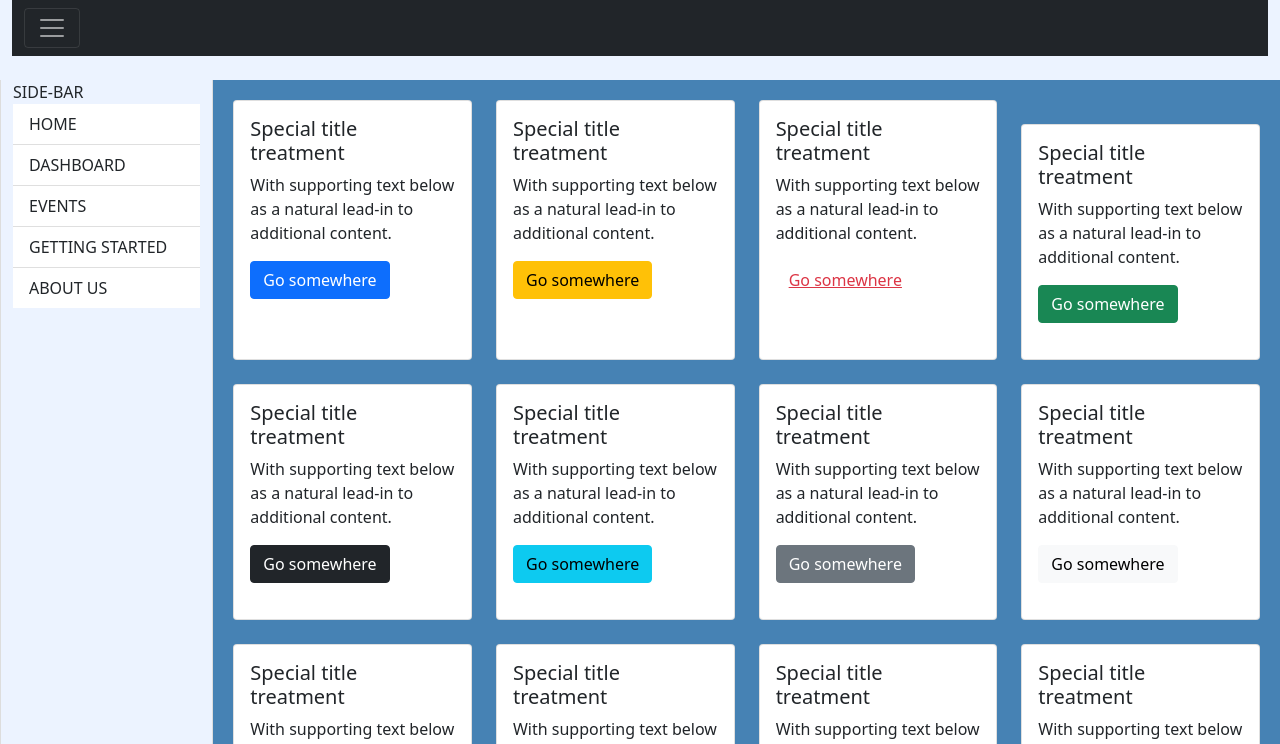
Repository: Dayvid0/BOOTSTRAP-TUTORIALS
Page: cosmos.example.html
An editor plug-in stored every save of this project. The page is shown before and after the next save, followed by the edit.
The browser window is 1280 px wide. The pictures show the whole page.
An inner scrolling area shows only its first screen.

Above is the page before, as saved 2025-01-29 12:44:21.

After the next save:
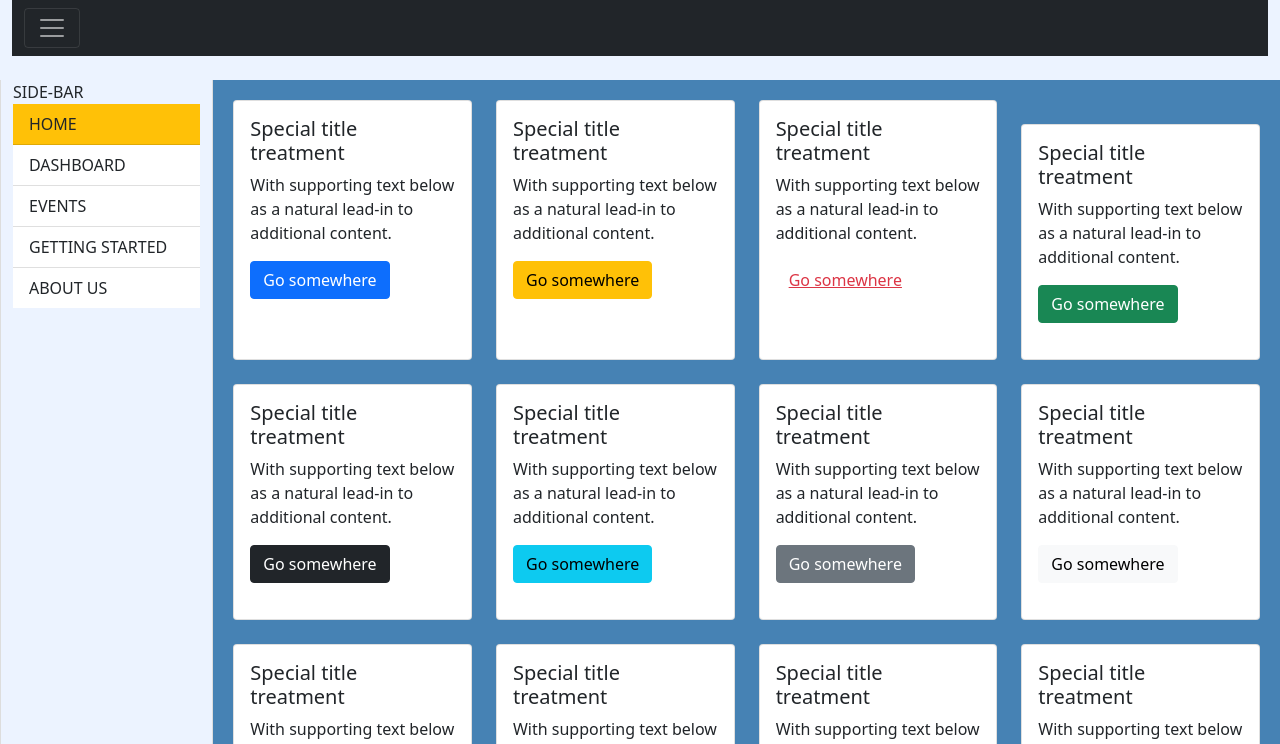
Saved 73 s later.
--- a/cosmos.example.html
+++ b/cosmos.example.html
@@ -55,7 +55,7 @@
         <div class="sidebar col-md-2">
           SIDE-BAR
           <ul class="list-group list-group-flush">
-            <li class="list-group-item">HOME</li>
+            <li class="list-group-item bg-warning">HOME</li>
             <li class="list-group-item">DASHBOARD</li>
             <li class="list-group-item">EVENTS</li>
             <li class="list-group-item">GETTING STARTED</li>
